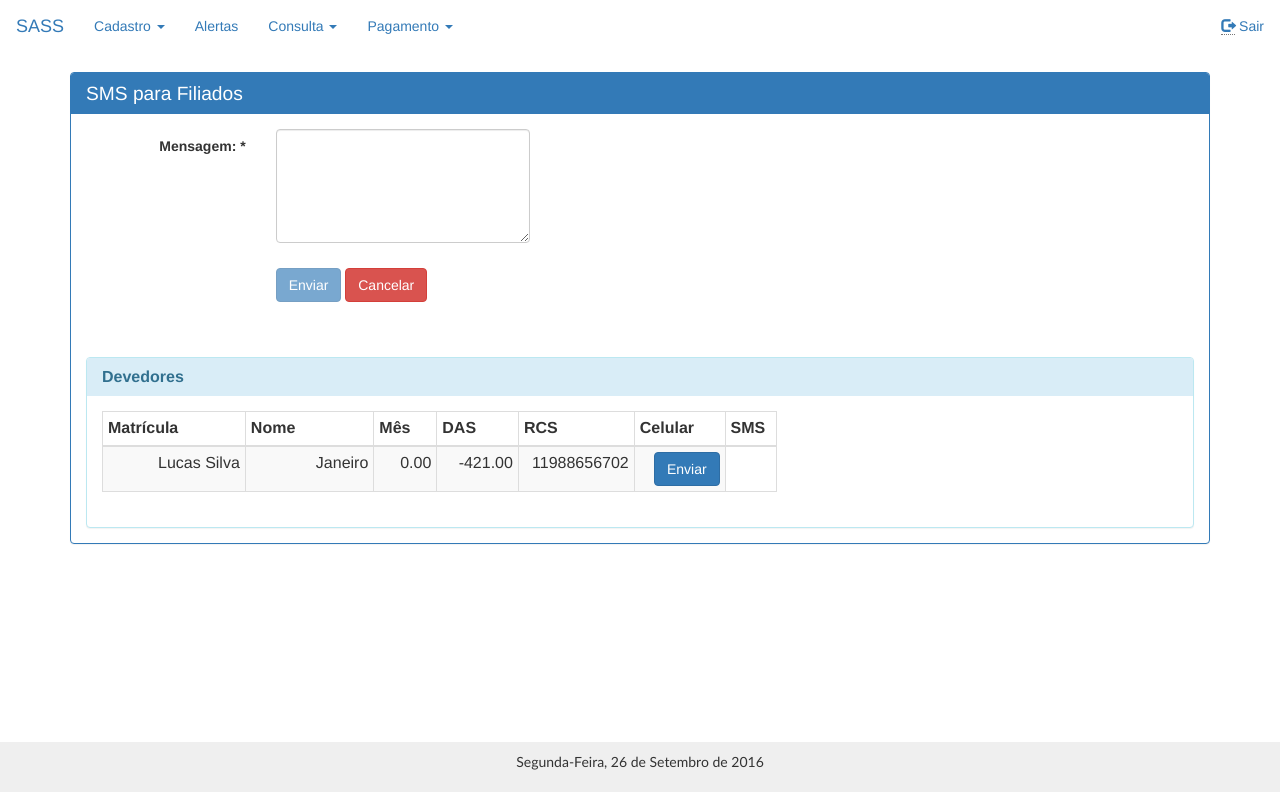
Repository: rafaelfez/sass
Page: http://localhost/alertas.php
The author's editor kept a record of every edit. The page is drawn from the files as they stood at one moment, then again after the next edit.
The browser window is 1280 px wide. The pictures show the whole page.
The page is run by PHP 8.4 with error messages shown; the project is at /var/www/html/. The session is filled in as if someone had signed in: {"username": "admin"}. The database holds what the project's SQL file puts in it.

Above is the page before.

After the next edit:
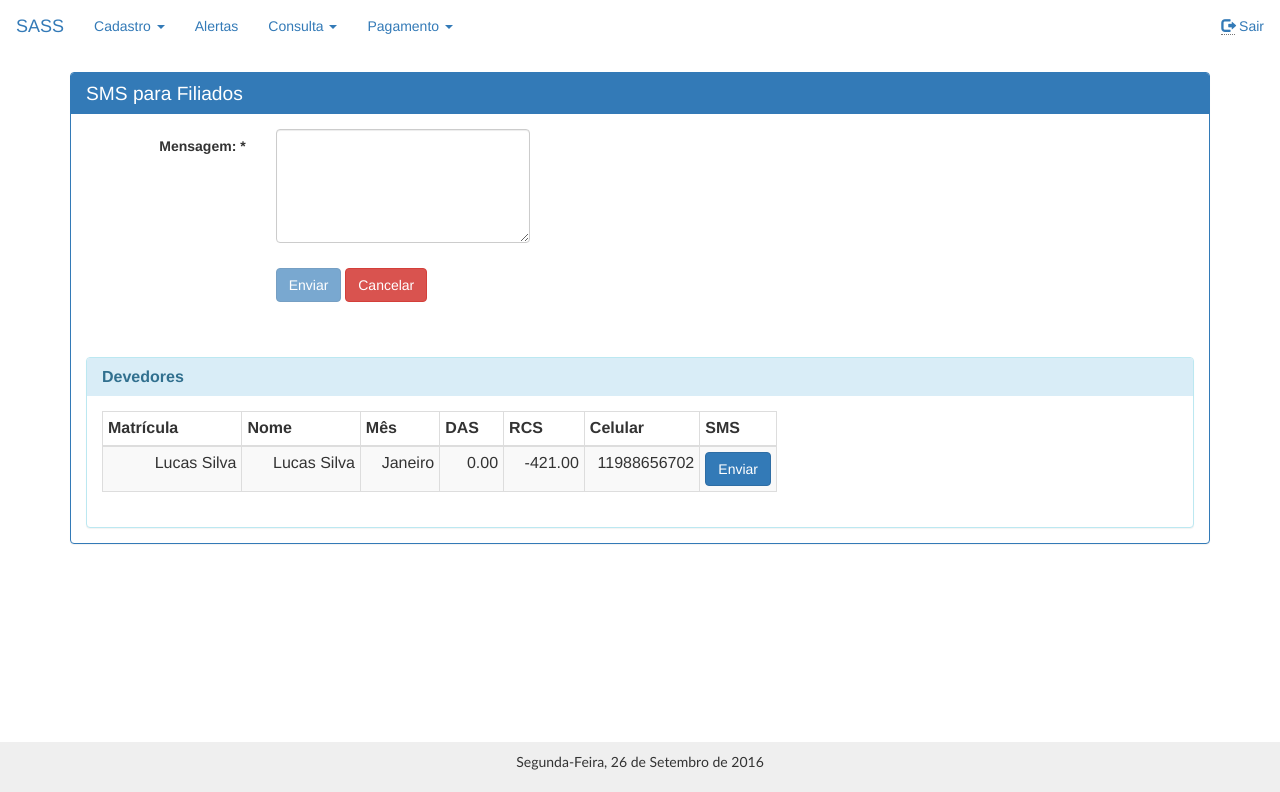
The edit:
--- a/alertas.php
+++ b/alertas.php
@@ -98,6 +98,10 @@
                     </td>
                     " . "
                     <td>
+                        " . $devedor['nome'] . "
+                    </td>
+                    " . "
+                    <td>
                         " . $devedor['mes'] . "
                     </td>
                     " . "
